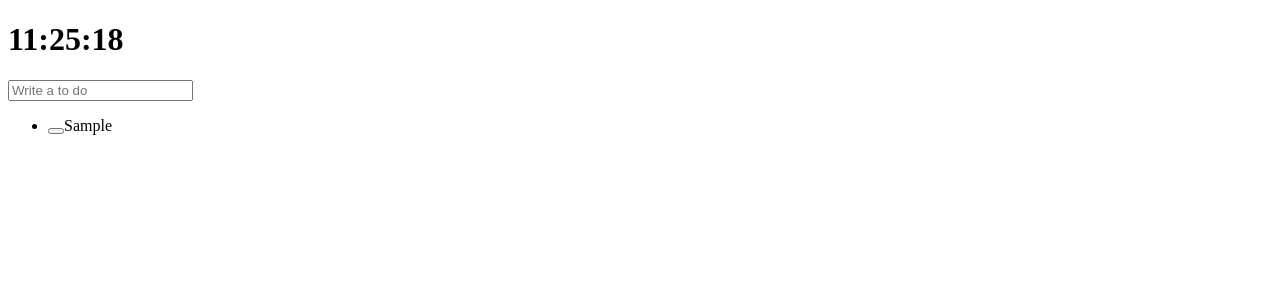
Repository: haleyjung/chrome_app
Page: index.html
The author's editor kept a copy of each file at every save. The page is drawn from the files as they stood at one save, then again after the next save.
The browser window is 1280 px wide. The pictures show the whole page.
Empty fields were first filled with sample values (such as "Sample", 5 or name@example.com).
After loading, the first visible `form.js-toDoForm` was submitted once.

Above is the page before, as saved 2020-11-19 13:32:23.

After the next save:
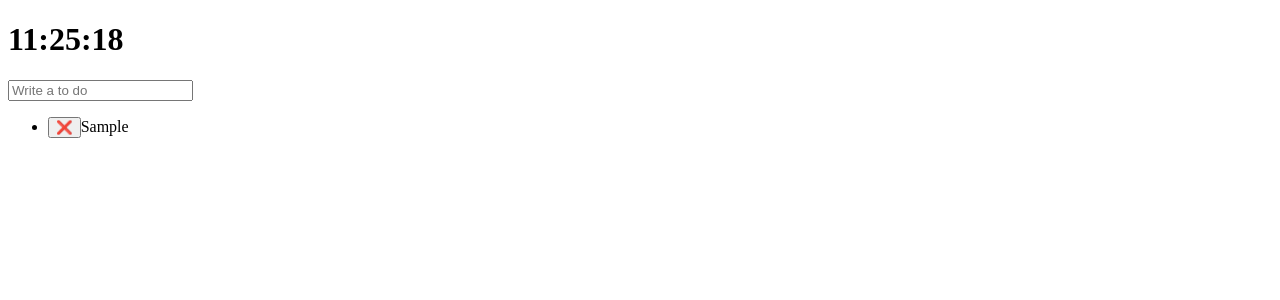
Saved 23 s later.
--- a/js/todo.js
+++ b/js/todo.js
@@ -7,7 +7,7 @@ const TODOS_LS = 'toDos';
 function paintToDo(text){
     const li = document.createElement("li");
     const delBtn = document.createElement("button");
-    delBtn.value = "❌";
+    delBtn.innerText = "❌";
     const span = document.createElement("span");
     span.innerText = text;
     li.appendChild(delBtn);
